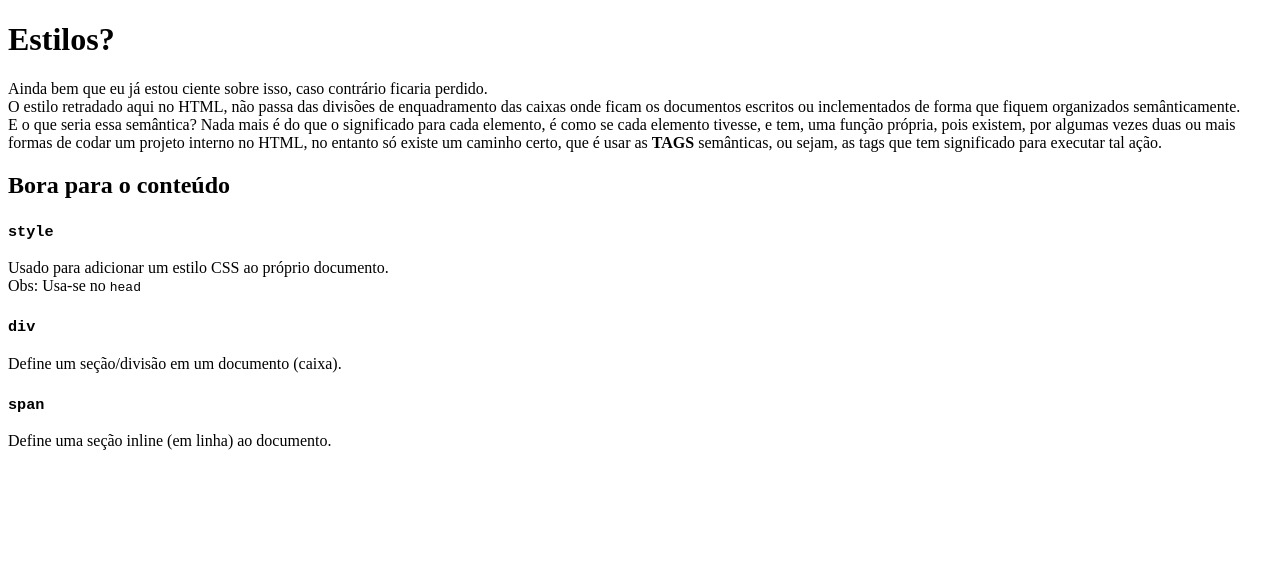
Repository: ErikMesquita/Danki-Code
Page: estilos/index.html
These files come from the project's save history. The page is drawn as it stood at one moment and after a run of saves; the edit follows.
The browser window is 1280 px wide. The pictures show the whole page.

Above is the page before, as saved 2023-10-29 18:16:19.

After the next 5 saves:
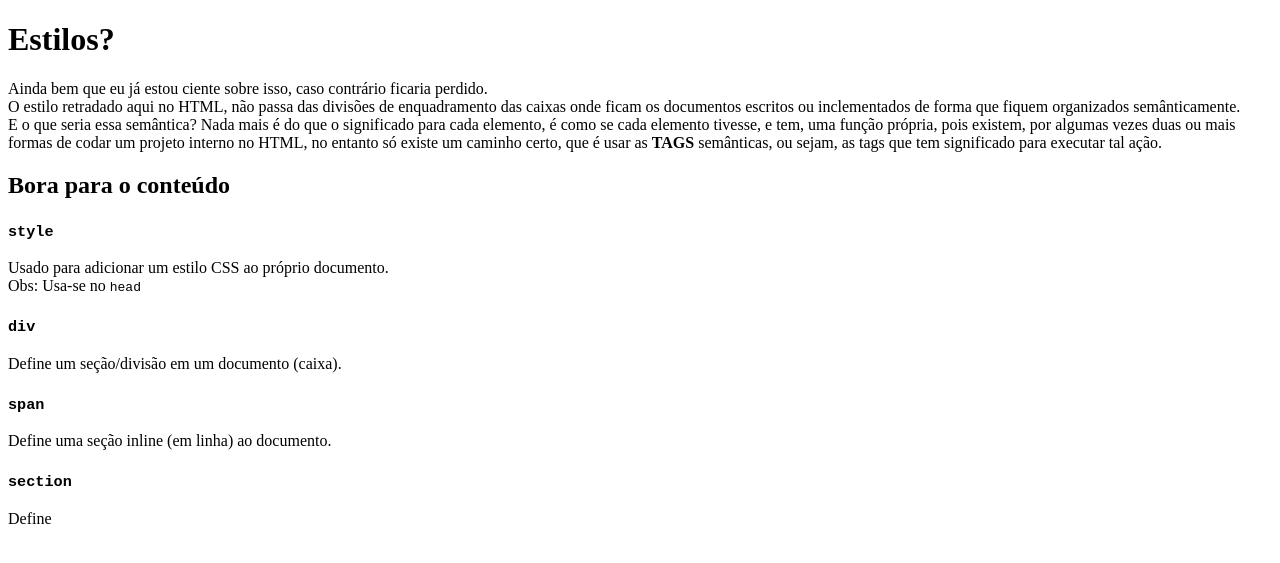
The 5 saves are shown as one change because they came seconds apart.
The last was saved 15 s later.
--- a/estilos/index.html
+++ b/estilos/index.html
@@ -33,7 +33,10 @@
                 Define uma seção inline (em linha) ao documento.
             </p>
 
-
+            <h3><code>section</code></h3>
+            <p>
+                Define
+            </p>
 </body>
 
 </html>
